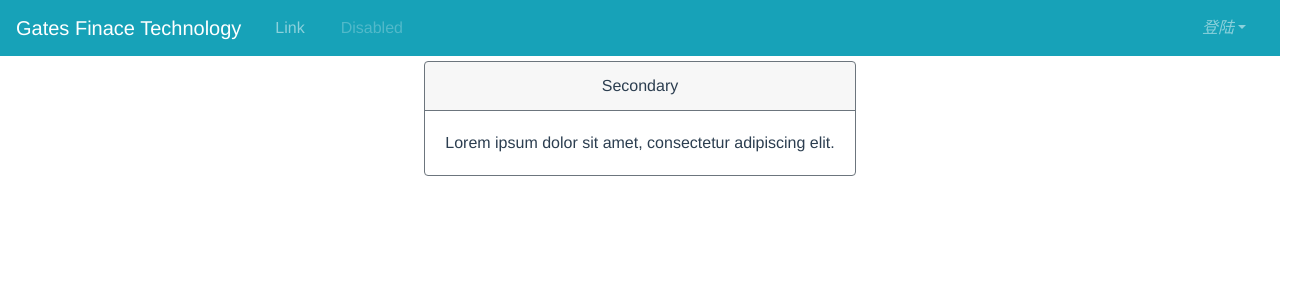
Repository: sqsssq/GatesFinace
Page: /login (app in webview/)
An editor plug-in stored every save of this project. The page is shown before and after the next save, followed by the edit.
The browser window is 1280 px wide. The page is 1295 px wide, so the pictures cover 1295 px, including what lies to the right of the window. The pictures show the whole page.
The project was rebuilt for these pictures with package versions that can differ from the ones it lists, and the page was loaded fresh each time. Also part of the build but not shown: webview/src/components/HelloWorld.vue, webview/src/views/Home.vue, webview/src/components/gatesCarousel.vue, webview/src/views/main.vue.

Above is the page before, as saved 2020-11-03 16:11:13.

### webview/public/index.html
<!DOCTYPE html>
<html lang="en">
  <head>
    <meta charset="utf-8">
    <meta http-equiv="X-UA-Compatible" content="IE=edge">
    <meta name="viewport" content="width=device-width,initial-scale=1.0">
    <link rel="icon" href="<%= BASE_URL %>favicon.ico">
    <title><%= htmlWebpackPlugin.options.title %></title>
    <style>
      html, body{ margin:0; height:100%; }
    </style>
  </head>
  <body>
    <noscript>
      <strong>We're sorry but <%= htmlWebpackPlugin.options.title %> doesn't work properly without JavaScript enabled. Please enable it to continue.</strong>
    </noscript>
    <div id="app"></div>
    <!-- built files will be auto injected -->
  </body>
</html>

### webview/src/main.js
import Vue from 'vue'
import App from './App.vue'
import router from './router'
import store from './store'
import ElementUI from 'element-ui'
import 'element-ui/lib/theme-chalk/index.css'
import 'element-ui/lib/theme-chalk/base.css'
import { BootstrapVue, IconsPlugin } from 'bootstrap-vue'
import 'bootstrap/dist/css/bootstrap.css'
import 'bootstrap-vue/dist/bootstrap-vue.css'

Vue.config.productionTip = false
Vue.use(ElementUI);
Vue.use(BootstrapVue);
Vue.use(IconsPlugin);

new Vue({
  router,
  store,
  render: h => h(App)
}).$mount('#app')

### webview/src/App.vue
<template>
  <div id="app">
    <!-- <div id="nav">
      <router-link to="/">Home</router-link> |
      <router-link to="/about">About</router-link>
    </div> -->
    <router-view/>
  </div>
</template>

<style lang="stylus">
#app
  font-family Avenir, Helvetica, Arial, sans-serif
  -webkit-font-smoothing antialiased
  -moz-osx-font-smoothing grayscale
  text-align center
  color #2c3e50
  margin-top 0px
  height 100%
</style>

### webview/src/router/index.js
import Vue from 'vue'
import VueRouter from 'vue-router'
import Home from '../views/Home.vue'
import Main from '../views/main.vue'
import Login from '../views/login.vue'

Vue.use(VueRouter)

const routes = [
  {
    path: '/',
    name: 'Home',
    component: Home
  },
  {
    path: '/about',
    name: 'About',
    // route level code-splitting
    // this generates a separate chunk (about.[hash].js) for this route
    // which is lazy-loaded when the route is visited.
    component: () => import(/* webpackChunkName: "about" */ '../views/About.vue')
  },
  {
    path: '/main',
    name: 'Main',
    component: Main
  },
  {
    path: '/login',
    name: 'Login',
    component: Login
  }
]

const router = new VueRouter({
  mode: 'history',
  base: process.env.BASE_URL,
  routes
})

export default router

### webview/src/views/login.vue
<!--
 * @Author: your name
 * @Date: 2020-11-01 17:40:45
 * @LastEditTime: 2020-11-03 08:31:04
 * @LastEditors: Please set LastEditors
 * @Description: In User Settings Edit
 * @FilePath: \webview\src\views\main.vue
-->
<template>
  <div class="container-fiuled" style="height: 100%;">
    <!-- <img alt="Vue logo" src="../assets/logo.png"> -->
    <!-- <HelloWorld msg="Welcome to Your Vue.js App" style="height:100%"/> -->
    <gatesNavbar />
    <div class="row" style="margin-top: 5px;">
      <div class="col"  style="padding-left: 0px; padding-right: 0px;">
      </div>
      <gatesLogin/>
      <div class="col"  style="padding-left: 0px; padding-right: 0px;">
      </div>
    </div>
  </div>
</template>

<script>
// @ is an alias to /src
import HelloWorld from '@/components/HelloWorld.vue'
import gatesNavbar from '@/components/gatesNavbar.vue'
import gatesLogin from '@/components/gatesLogin.vue'

export default {
  name: 'Home',
  components: {
    gatesNavbar,
    gatesLogin
  }
}
</script>

### webview/src/components/gatesNavbar.vue
<!--
 * @Author: your name
 * @Date: 2020-10-31 09:19:12
 * @LastEditTime: 2020-11-03 08:32:14
 * @LastEditors: Please set LastEditors
 * @Description: In User Settings Edit
 * @FilePath: \webview\src\components\HelloWorld.vue
-->
<template>
  <div>
    <b-navbar
      toggleable="lg"
      type="dark"
      variant="info"
    >
      <b-navbar-brand href="/main">Gates Finace Technology</b-navbar-brand>

      <b-navbar-toggle target="nav-collapse"></b-navbar-toggle>

      <b-collapse
        id="nav-collapse"
        is-nav
      >
        <b-navbar-nav>
          <b-nav-item href="#">Link</b-nav-item>
          <b-nav-item
            href="#"
            disabled
          >Disabled</b-nav-item>
        </b-navbar-nav>

        <!-- Right aligned nav items -->
        <b-navbar-nav class="ml-auto">
          <!-- <b-nav-form style="padding-top: 2px">
            <b-form-input
              size="sm"
              class="mr-sm-2"
              placeholder="Search"
            ></b-form-input>
            <b-button
              size="sm"
              class="my-2 my-sm-0"
              type="submit"
            >Search</b-button>
          </b-nav-form> -->

          <!-- <b-nav-item-dropdown text="Lang" right>
          <b-dropdown-item href="#">EN</b-dropdown-item>
          <b-dropdown-item href="#">ES</b-dropdown-item>
          <b-dropdown-item href="#">RU</b-dropdown-item>
          <b-dropdown-item href="#">FA</b-dropdown-item>
        </b-nav-item-dropdown> -->

          <b-nav-item-dropdown right>
            <!-- Using 'button-content' slot -->
            <template #button-content>
              <em>{{username == '' ? '登陆' : username}}</em>
            </template>
            <b-dropdown-item href="/login">登陆</b-dropdown-item>
            <b-dropdown-item href="#">注册</b-dropdown-item>
            <b-dropdown-item href="#">登出</b-dropdown-item>
          </b-nav-item-dropdown>
        </b-navbar-nav>
      </b-collapse>
    </b-navbar>
  </div>
</template>

<script>
import axios from 'axios';
export default {
  name: 'gatesNavbar',
  // props: {
  //   msg: String
  // }
  data () {
    return {
      username: ''
    }
  },
  methods: {
  },
  created () {
    // console.log(2);
    // this.getmsg();
  },
  mounted () {

    // this.createLogo();
  }
}
</script>

<!-- Add "scoped" attribute to limit CSS to this component only -->
<style scoped lang="stylus">
h3 {
  letter-spacing: 3px;
  color: #fff;
  font-weight: 500;
  margin-bottom: 10px;
  margin-top: 10px;
  font-size: 15px;
}

h2 {
  margin-top: 10px;
  color: #fff;
  letter-spacing: 10px;
  // font-size: 40px
  font-size: 20px;
}

ul {
  list-style-type: none;
  padding: 0;
}

li {
  display: inline-block;
  margin: 0 10px;
}

a {
  color: #42b983;
}
</style>

### webview/src/components/gatesLogin.vue
<!--
 * @Author: your name
 * @Date: 2020-10-31 09:19:12
 * @LastEditTime: 2020-11-03 08:32:14
 * @LastEditors: Please set LastEditors
 * @Description: In User Settings Edit
 * @FilePath: \webview\src\components\HelloWorld.vue
-->
<template>
  <div>
    <b-card
        border-variant="secondary"
        header="Secondary"
        header-border-variant="secondary"
        align="center"
      >
        <b-card-text>Lorem ipsum dolor sit amet, consectetur adipiscing elit.</b-card-text>
      </b-card>
  </div>
</template>

<script>
import axios from 'axios';
export default {
  name: 'gatesLogin',
  // props: {
  //   msg: String
  // }
  data () {
    return {
      username: ''
    }
  },
  methods: {
  },
  created () {
    // console.log(2);
    // this.getmsg();
  },
  mounted () {

    // this.createLogo();
  }
}
</script>

<!-- Add "scoped" attribute to limit CSS to this component only -->
<style scoped lang="stylus">

</style>

Loaded but not shown: webview/src/store/index.js (common file)

After the next save:
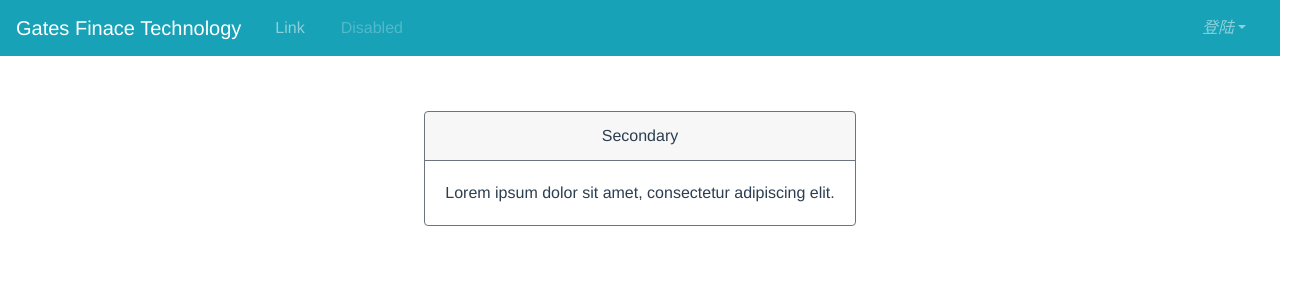
Saved 26 s later.
--- a/webview/src/views/login.vue
+++ b/webview/src/views/login.vue
@@ -14,7 +14,7 @@
     <div class="row" style="margin-top: 5px;">
       <div class="col"  style="padding-left: 0px; padding-right: 0px;">
       </div>
-      <gatesLogin/>
+      <gatesLogin style="margin-top: 50px;"/>
       <div class="col"  style="padding-left: 0px; padding-right: 0px;">
       </div>
     </div>
